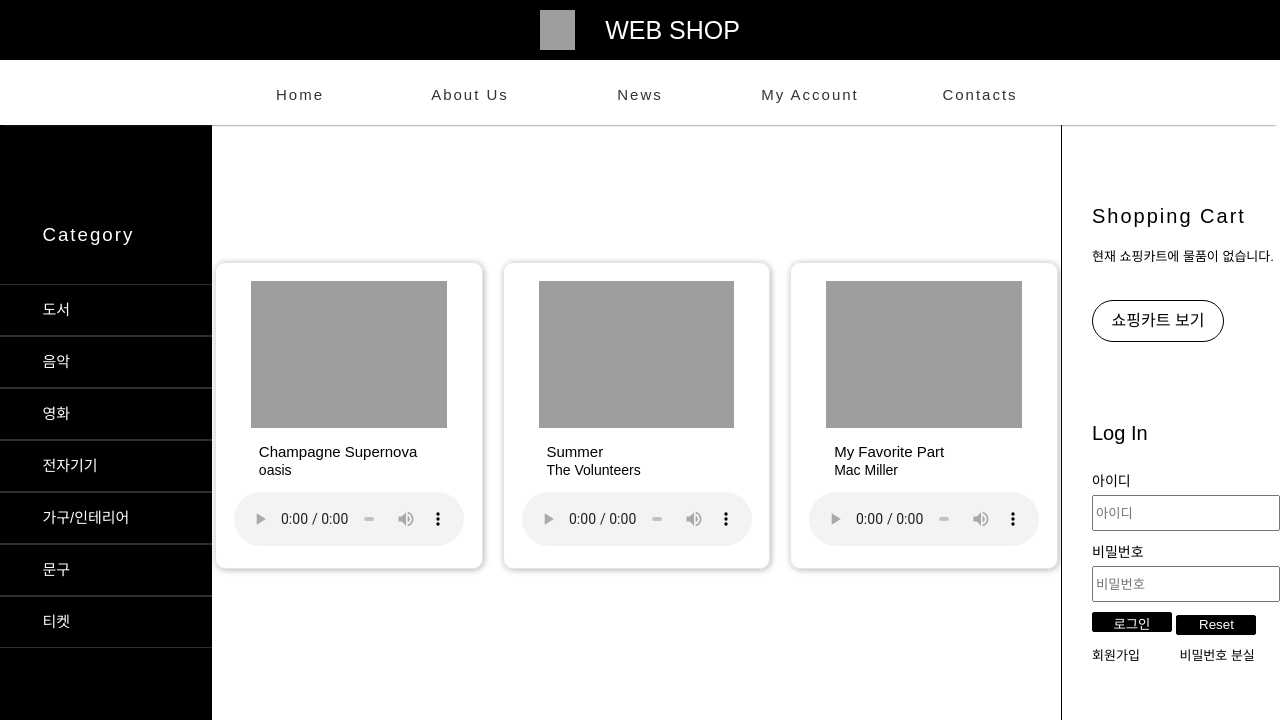
Repository: choidazzi/DDIT
Page: web programming/html/webpro/src/main/webapp/task/main.html
The author's editor kept a copy of each file at every save. The page is drawn from the files as they stood at one save, then again after the next save.
The browser window is 1280 px wide. The pictures show the whole page.
Pictures or frames that could not be fetched are drawn as grey boxes. Some web fonts or font styles are not loaded; a fallback is used.

Above is the page before, as saved 2023-05-03 07:54:50.

### web programming/html/webpro/src/main/webapp/task/main.html
<!DOCTYPE html>
<html>
<head>
<meta charset="UTF-8">
<title>Web Shopping</title>
<link rel="stylesheet" href="css/mystyle.css">
</head>
<body>
	<div id="container">
		<header>
			<img alt="logo" src="images/logo.png">
			<h1><a href="main.html">WEB SHOP</a></h1>
		</header>
		<nav>
			<ul>
				<li><a href="#">Home</a></li>
				<li><a href="#">About Us</a></li>
				<li><a href="#">News</a></li>
				<li><a href="#">My Account</a></li>
				<li><a href="#">Contacts</a></li>
			</ul>
		</nav>
		<div id="content">
			<aside id="left">
				<h3>Category</h3>
				<ul>
					<li><a href="book.html" target="ifr">도서</a></li>
					<li><a href="sing.html" target="ifr">음악</a></li>
					<li><a href="movie.html" target="ifr">영화</a></li>
					<li><a href="digital.html" target="ifr">전자기기</a></li>
					<li><a href="furniture.html" target="ifr">가구/인테리어</a></li>
					<li><a href="stationary.html" target="ifr">문구</a></li>
					<li><a href="ticket.html" target="ifr">티켓</a></li>
				</ul>
			</aside>
			<section id="main">
				<article id="article1">
					<iframe src ="sing.html" name="ifr"></iframe>
				</article>
			</section>
			<aside id="right">
				<div id="shopcart">
					<h4>Shopping Cart</h4>
					<br>
					<p>현재 쇼핑카트에 물품이 없습니다.</p>
					<a href="shopcart.html">쇼핑카트 보기</a>
				</div>
				<div id="login">
					<h4>Log In</h4>
					<form action="#">
					<label for="id">아이디</label>
					<br>
					<input type="text" id="id" placeholder="아이디">
					<br>
					<label for="pass">비밀번호</label>
					<br>
					<input type="text" id="pass" placeholder="비밀번호">
					<br>
					<input type="submit" value="로그인">
					<input type="reset">
					<br>
					<a href="register.html">회원가입</a>
					<a href="#">비밀번호 분실</a>
					</form>
				</div>
			</aside>
		</div>
		<footer>
			<p>Copyright (c) 2023 Web Shop</p>
		</footer>
	</div>
</body>
</html>

### web programming/html/webpro/src/main/webapp/task/css/mystyle.css
@charset "UTF-8";

@import
	url('https://cdn.rawgit.com/innks/NanumSquareRound/master/nanumsquareround.min.css')
	;

html, body {
	width: 100%;
	height: 100%;
	overflow: hidden;
}

body, ul, li, p, h4 {
	margin: 0;
	padding: 0;
	font-family: 'NanumSquareRound', sans-serif;
}

ul {
	list-style-type: none;
}

a {
	text-decoration: none;
}
/*header*/
header {
	box-sizing: border-box;
	padding: 10px;
	display: flex;
	height: 60px;
	justify-content: center;
	background: black;
}

header img {
	width: 35px;
	height: 40px;
}

header h1 {
	margin-top: 0px;
	margin-left: 30px;
}

header h1 a {
	font-size: 25px;
	font-weight: 200;
	color: #fff;
}

/*navigation*/
nav {
	position: relative;
	height: 65px;
	box-sizing: border-box;
	background: #fff;
	box-shadow: 0px 4px 2px -4px #333;
	z-index: 100;
	padding: 0px 180px;
}

nav ul {
	display: flex;
	text-align: center;
	justify-content: center;
	height: 100%;
}

nav ul li {
	width: 130px;
	padding: 10px 20px;
	line-height: 50px;
}

nav ul li:hover {
	background: #f8ecff;
	transition: .5s;
}

nav ul li:hover a {
	font-size: 16px;
	font-weight: 500;
	transition: .5s;
}

nav ul li a {
	display: block;
	color: #333;
	font-size: 15px;
	font-weight: 400;
	letter-spacing: 2px;
}

@media ( max-width : 1200px) {
	nav {
		padding: 0px;
	}
	nav ul {
		justify-content: space-between;
	}
}

@media ( max-width : 800px) {
	nav {
		height: 250px;
	}
	nav ul {
		display: flex;
		flex-direction: column;
		align-items: center;
	}
	nav ul li {
		width: 100%;
		margin: 0;
		line-height: 30px;
	}
}
/*content*/
#content {
	display: flex;
	height: 780px;
}

#main {
	flex: 6;
	height: 780px;
}

#main #article1{
	width: 100%;
}

#main #article1 iframe{
	border: none;
	width: 100%;
	height: 780px;
}

aside {
	flex: 1.5;
}

#left {
	background: #000;
	padding: 80px 0px;
}

#left h3 {
	letter-spacing: 2px;
	padding-bottom: 20px;
	padding-left: 20%;
	font-weight: 400;
	color: #fff;
}

#left ul li {
	border-top: 1px solid #2f2f2f;
	border-bottom: 1px solid #2f2f2f;
	border-collapse: inherit;
	font-size: 15px;
	height: 50px;
	padding-left: 20%;
}

#left ul li a {
	line-height: 50px;
	color: #fff;
}

#left ul li:hover {
	background: #fff;
	transition: .5s;
}

#left ul li:hover a {
	text-decoration: underline;
	font-size: 16px;
	transition: .5s;
	color: #000;
}

#right {
	border-left: 1px solid black;
	box-sizing: border-box;
}

#right div {
	box-sizing: border-box;
	margin: 80px 0px 0px 30px;
}

#shopcart h4 {
	letter-spacing: 2px;
	font-size: 20px;
	font-weight: 300;
}

#shopcart p {
	font-size: 13px;
	margin-bottom: 15px;
}

#shopcart a {
	text-align: center;
	display: inline-block;
	color: #000;
	border: 1px solid #000;
	width: 130px;
	height: 40px;
	border-radius: 30px;
	text-align: center;
	line-height: 40px;
	margin-top: 20px;
}

#shopcart a:hover {
	text-decoration: underline;
	color: #fff;
	background: #000;
	transition: .5s;
}

#login {
	margin-top: 80px;
}

#login h4 {
	font-size: 20px;
	font-weight: 300;
	margin-bottom: 25px;
}

#login input {
	margin-bottom: 10px;
}

#login input[type="text"], #login input[type="pass"] {
	width: 180px;
	height: 30px;
}

#login input[type="submit"], #login input[type="reset"] {
	width: 80px;
	height: 20px;
	background: #000;
	color: #fff;
	border-radius: 2px;
	border: 1px solid #000;
}

#login input[type="submit"]:hover, #login input[type="reset"]:hover {
	background: #fff;
	color: #000;
	transition: .5s;
}

#login label {
	font-size: 14px; font-weight : 300;
	display: inline-block;
	margin-bottom: 5px;
	font-weight: 300;
}

#login a {
	width: 83px;
	display: inline-block;
	font-size: 13px;
	color: #000;
}

#login a:hover {
	text-decoration: underline;
}

section {
	flex: 7;
}

aside, section {
	box-sizing: border-box;
}

/*footer*/
footer {
	height: 100px;
	background: #363636;
	padding-top: 25px;
}

footer p {
	font-size: 16px;
	text-align: center;
	color: #fff;
}

### web programming/html/webpro/src/main/webapp/task/sing.html
<!DOCTYPE html>
<html>
<head>
<meta charset="UTF-8">
<title>Music</title>
<link rel="stylesheet" href="css/style.css">
</head>
<body>
	<div id="box">
		<div class="item">
			<img alt="music1" src="images/music/music1.jpg">
			<p class="title">Champagne Supernova</p>
			<p class="singer">oasis</p>
			<audio id="aa" src="../multi/old_pop.mp3" controls autoplay>
			</audio>
		</div>
		<div class="item">
			<img alt="music2" src="images/music/music2.jpg">
			<p class="title">Summer</p>
			<p class="singer">The Volunteers</p>
			<audio id="aa" src="../multi/old_pop.mp3" controls autoplay>
			</audio>
		</div>
		<div class="item">
			<img alt="music3" src="images/music/music3.png">
			<p class="title">My Favorite Part</p>
			<p class="singer">Mac Miller</p>
			<audio id="aa" src="../multi/old_pop.mp3" controls autoplay>
			</audio>
		</div>
</body>
</html>

### web programming/html/webpro/src/main/webapp/task/css/style.css
@charset "UTF-8";

@import
	url('https://cdn.rawgit.com/innks/NanumSquareRound/master/nanumsquareround.min.css')
	;

body {
	font-family: 'NanumSquareRound', sans-serif;
	width: 70%;
	margin: auto;
	margin-top: 15%;
}

#box {
	display: flex;
	justify-content: center;
}

h3 {
	position: relative;
	top: 10px;
	left: 4%;
	font-weight: 300;
}

#box .item {
	box-sizing: border-box;
	border: 1px solid #e4e6e6;
	border-radius: 10px;
	box-shadow: 1px 1px 6px #b1b2b4;
	width: 350px;
	margin: 10px;
	padding: 3%;
}

#box .item img {
	display: block;
	margin: auto;
	width: 85%;
}

/*music*/
.item p {
	margin-left: 25px;
}

.item p.title {
	font-weight: 400;
	font-size: 15px;
	margin-bottom: 2px;
}

.item p.singer {
	font-weight: 300;
	margin-top: 0px;
	font-size: 14px;
}

.item audio {
	width: 230px;
}

After the next save:
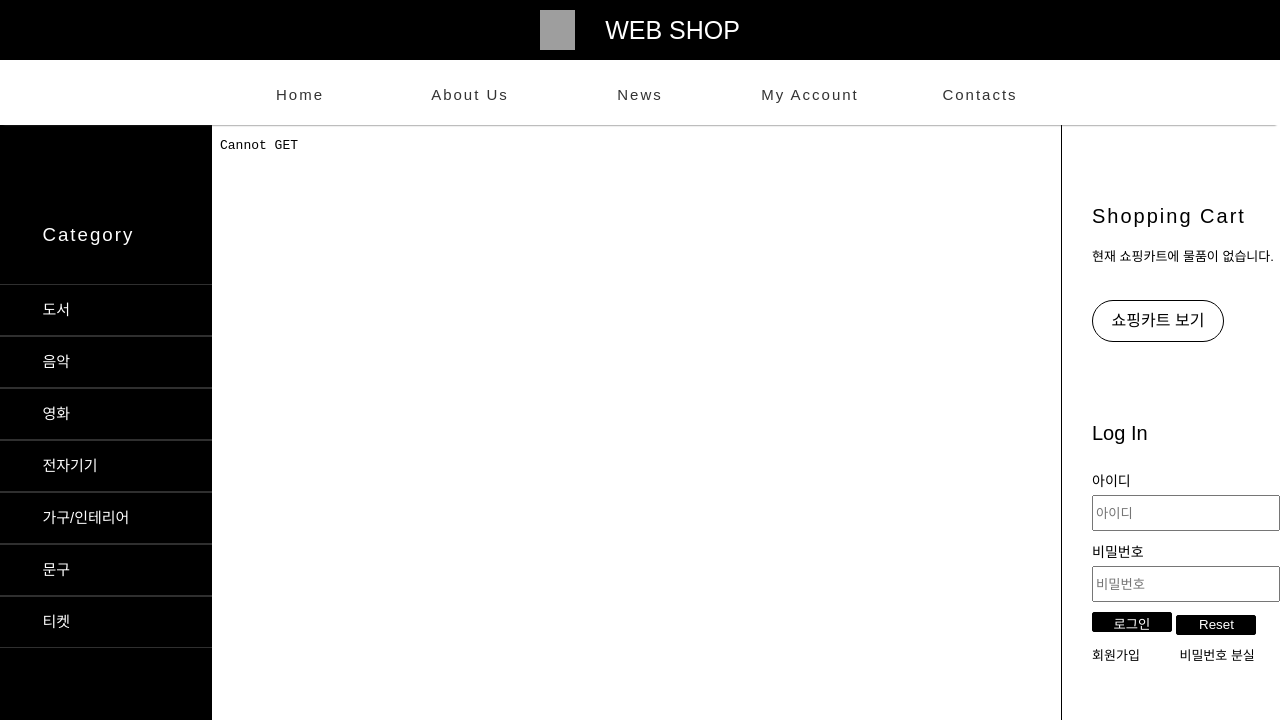
Not found: web programming/html/webpro/src/main/webapp/task/sihtml
Saved 3 min 35 s later.
--- a/web programming/html/webpro/src/main/webapp/task/main.html
+++ b/web programming/html/webpro/src/main/webapp/task/main.html
@@ -35,7 +35,7 @@
 			</aside>
 			<section id="main">
 				<article id="article1">
-					<iframe src ="sing.html" name="ifr"></iframe>
+					<iframe src ="sihtml" name="ifr"></iframe>
 				</article>
 			</section>
 			<aside id="right">

After the save that followed:
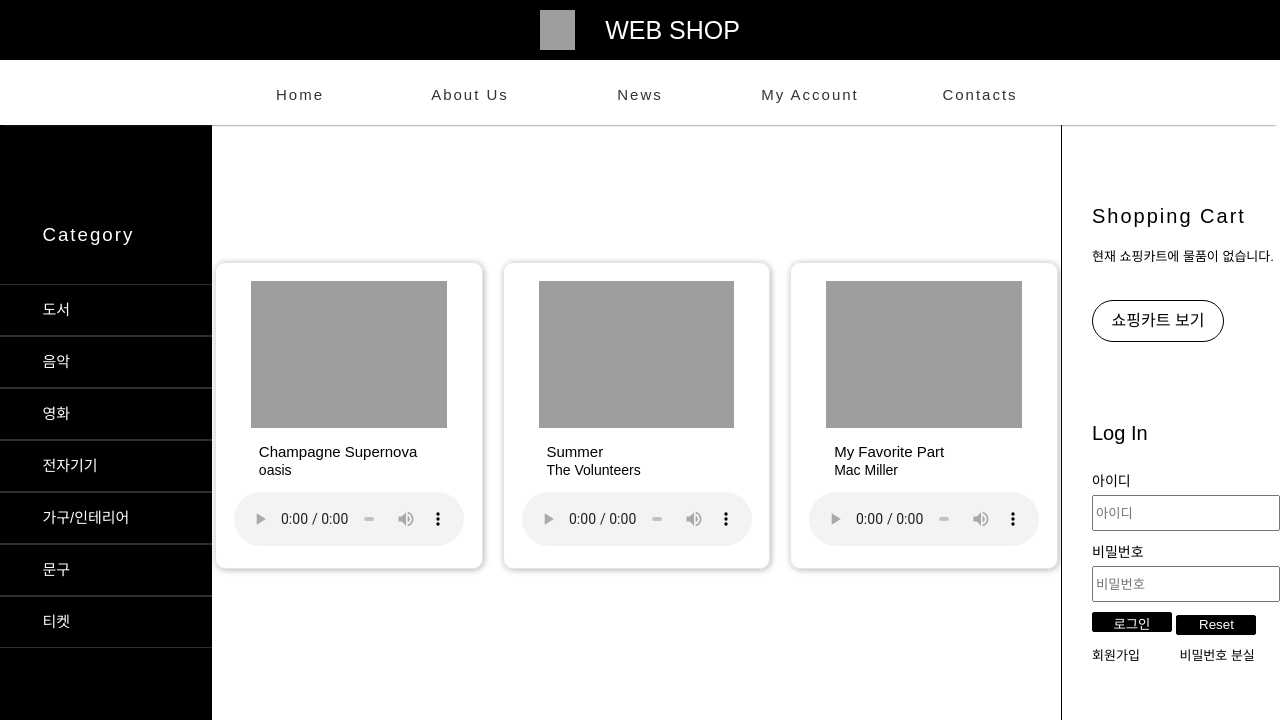
Saved 18 s later.
--- a/web programming/html/webpro/src/main/webapp/task/main.html
+++ b/web programming/html/webpro/src/main/webapp/task/main.html
@@ -35,7 +35,7 @@
 			</aside>
 			<section id="main">
 				<article id="article1">
-					<iframe src ="sihtml" name="ifr"></iframe>
+					<iframe src ="sing.html" name="ifr"></iframe>
 				</article>
 			</section>
 			<aside id="right">
